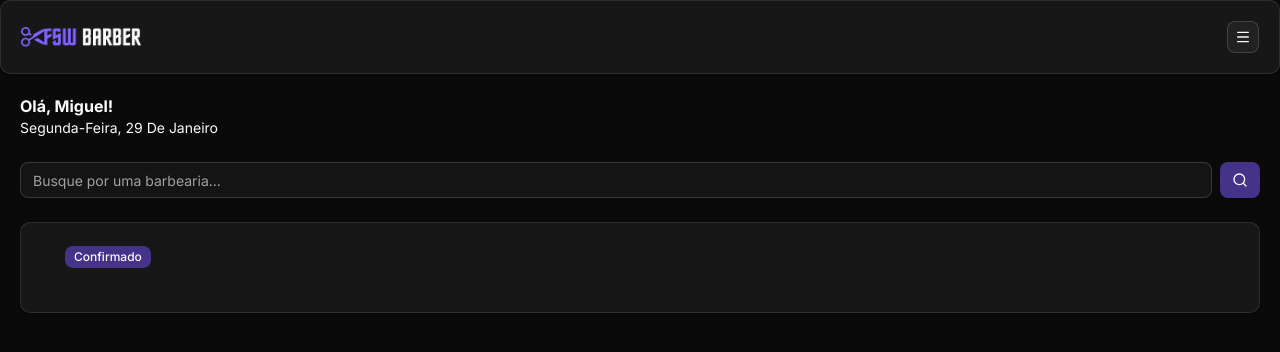
Repository: PaulinhoMachadooo/Barber
Page: /
An editor plug-in stored every save of this project. The page is shown before and after the next save, followed by the edit.
The browser window is 1280 px wide. The pictures show the whole page.
The project was rebuilt for these pictures with package versions that can differ from the ones it lists, and the page was loaded fresh each time. The framework's server and built-in components were replaced by stand-ins that run in the browser. Also part of the build but not shown: next.config.ts.

Above is the page before, as saved 2025-04-13 18:25:49.

### app/layout.tsx
import type { Metadata } from "next";
import { Inter } from "next/font/google";
import "./globals.css";


const inter = Inter({ subsets: ["latin"] });

export const metadata: Metadata = {
  title: "Create Next App",
  description: "Generated by create next app",
};

export default function RootLayout({
  children,
}: Readonly<{
  children: React.ReactNode;
}>) {
  return (
    <html lang="en">
      <body className={`${inter.className} dark`}>
        {children}

      </body>
    </html>
  );
}

### app/(home)/page.tsx
// eslint-disable-next-line @typescript-eslint/no-unused-vars
import Image from "next/image";
import Header from "../_components/header";
import { format } from "date-fns";
import { ptBR } from "date-fns/locale";
import Search from "./_components/search";
import BookingItem from "../_components/booking-item";


export default function Home() {
  return (
    <div>
      <Header />

        <div className="px-5 pt-5">
          <h2 className="tex-xl font-bold">Olá, Miguel!</h2>
          <p className="capitalize text-sm">
            {format(new Date(), "EEEE',' dd 'de' MMMM", {
                locale: ptBR,
            })}
          </p>
        </div>

        <div className="px-5 mt-6">
          <Search />
        </div>

        <div className="px-5 mt-6">
            <BookingItem />
        </div>
    </div>
  );
}

### app/globals.css
@import "tailwindcss";
@import "tw-animate-css";

@custom-variant dark (&:is(.dark *));

@theme inline {
  --color-background: var(--background);
  --color-foreground: var(--foreground);
  --font-sans: var(--font-geist-sans);
  --font-mono: var(--font-geist-mono);
  --color-sidebar-ring: var(--sidebar-ring);
  --color-sidebar-border: var(--sidebar-border);
  --color-sidebar-accent-foreground: var(--sidebar-accent-foreground);
  --color-sidebar-accent: var(--sidebar-accent);
  --color-sidebar-primary-foreground: var(--sidebar-primary-foreground);
  --color-sidebar-primary: var(--sidebar-primary);
  --color-sidebar-foreground: var(--sidebar-foreground);
  --color-sidebar: var(--sidebar);
  --color-chart-5: var(--chart-5);
  --color-chart-4: var(--chart-4);
  --color-chart-3: var(--chart-3);
  --color-chart-2: var(--chart-2);
  --color-chart-1: var(--chart-1);
  --color-ring: var(--ring);
  --color-input: var(--input);
  --color-border: var(--border);
  --color-destructive: var(--destructive);
  --color-accent-foreground: var(--accent-foreground);
  --color-accent: var(--accent);
  --color-muted-foreground: var(--muted-foreground);
  --color-muted: var(--muted);
  --color-secondary-foreground: var(--secondary-foreground);
  --color-secondary: var(--secondary);
  --color-primary-foreground: var(--primary-foreground);
  --color-primary: var(--primary);
  --color-popover-foreground: var(--popover-foreground);
  --color-popover: var(--popover);
  --color-card-foreground: var(--card-foreground);
  --color-card: var(--card);
  --radius-sm: calc(var(--radius) - 4px);
  --radius-md: calc(var(--radius) - 2px);
  --radius-lg: var(--radius);
  --radius-xl: calc(var(--radius) + 4px);
}

:root {
  --radius: 0.625rem;
  --background: oklch(1 0 0);
  --foreground: oklch(0.145 0 0);
  --card: oklch(1 0 0);
  --card-foreground: oklch(0.145 0 0);
  --popover: oklch(1 0 0);
  --popover-foreground: oklch(0.145 0 0);
  --primary: oklch(0.205 0 0);
  --primary-foreground: oklch(0.985 0 0);
  --secondary: oklch(0.97 0 0);
  --secondary-foreground: oklch(0.205 0 0);
  --muted: oklch(0.97 0 0);
  --muted-foreground: oklch(0.556 0 0);
  --accent: oklch(0.97 0 0);
  --accent-foreground: oklch(0.205 0 0);
  --destructive: oklch(0.577 0.245 27.325);
  --border: oklch(0.922 0 0);
  --input: oklch(0.922 0 0);
  --ring: oklch(0.708 0 0);
  --chart-1: oklch(0.646 0.222 41.116);
  --chart-2: oklch(0.6 0.118 184.704);
  --chart-3: oklch(0.398 0.07 227.392);
  --chart-4: oklch(0.828 0.189 84.429);
  --chart-5: oklch(0.769 0.188 70.08);
  --sidebar: oklch(0.985 0 0);
  --sidebar-foreground: oklch(0.145 0 0);
  --sidebar-primary: oklch(0.205 0 0);
  --sidebar-primary-foreground: oklch(0.985 0 0);
  --sidebar-accent: oklch(0.97 0 0);
  --sidebar-accent-foreground: oklch(0.205 0 0);
  --sidebar-border: oklch(0.922 0 0);
  --sidebar-ring: oklch(0.708 0 0);
}

.dark {
  --background: oklch(0.145 0 0);
  --foreground: oklch(0.985 0 0);
  --card: oklch(0.205 0 0);
  --card-foreground: oklch(0.985 0 0);
  --popover: oklch(0.205 0 0);
  --popover-foreground: oklch(0.985 0 0);
  --primary: oklch(0.39 0.1349 287.34);
  --primary-foreground: oklch(0.985 0 0);
  --secondary: oklch(0.269 0 0);
  --secondary-foreground: oklch(0.985 0 0);
  --muted: oklch(0.269 0 0);
  --muted-foreground: oklch(0.708 0 0);
  --accent: oklch(0.269 0 0);
  --accent-foreground: oklch(0.985 0 0);
  --destructive: oklch(0.704 0.191 22.216);
  --border: oklch(1 0 0 / 10%);
  --input: oklch(1 0 0 / 15%);
  --ring: oklch(0.556 0 0);
  --chart-1: oklch(0.488 0.243 264.376);
  --chart-2: oklch(0.696 0.17 162.48);
  --chart-3: oklch(0.769 0.188 70.08);
  --chart-4: oklch(0.627 0.265 303.9);
  --chart-5: oklch(0.645 0.246 16.439);
  --sidebar: oklch(0.205 0 0);
  --sidebar-foreground: oklch(0.985 0 0);
  --sidebar-primary: oklch(0.488 0.243 264.376);
  --sidebar-primary-foreground: oklch(0.985 0 0);
  --sidebar-accent: oklch(0.269 0 0);
  --sidebar-accent-foreground: oklch(0.985 0 0);
  --sidebar-border: oklch(1 0 0 / 10%);
  --sidebar-ring: oklch(0.556 0 0);
}

@layer base {
  * {
    @apply border-border outline-ring/50;
  }
  body {
    @apply bg-background text-foreground;
  }
}

### app/_components/header.tsx
import Image from "next/image";
import { Card, CardContent } from "./ui/card"
import { Button } from "@/app/_components/ui/button";
import { MenuIcon } from "lucide-react";

const Header = () => {
    return (
        <Card>
            <CardContent className="p-5 justify-between items-center flex flex-row" >
                 <Image src="/logo.png" alt="FSW Barber" height={18} width={120} />
                 <Button variant="outline" size="icon" className="h-8 w-8">
                    <MenuIcon size={16} />
                 </Button>
            </CardContent>
        </Card>
     );
}

export default Header;

### app/(home)/_components/search.tsx
"use client";

import { Button } from "@/app/_components/ui/button";
import { Input } from "@/app/_components/ui/input";
import { SearchIcon } from "lucide-react";

const Search = () => {
    return (
        <div className="flex items-center gap-2">
           <Input placeholder="Busque por uma barbearia..."/>
           <Button variant="default" >
                <SearchIcon size={20} />
           </Button>
        </div>
     );
};

export default Search;

### app/_components/booking-item.tsx
import { Badge } from "./ui/badge";
import { Card, CardContent } from "./ui/card";


const  BookingItem = () => {
    return (
        <Card>
            <CardContent>
                <div className="p-5">
                    <Badge>Confirmado</Badge>
                </div>
            </CardContent>
        </Card>

     );
}




export default BookingItem;

### app/_components/ui/card.tsx
import * as React from "react"

import { cn } from "@/app/_lib/utils"

const Card = React.forwardRef<
  HTMLDivElement,
  React.HTMLAttributes<HTMLDivElement>
>(({ className, ...props }, ref) => (
  <div
    ref={ref}
    className={cn(
      "rounded-lg border bg-card text-card-foreground shadow-sm",
      className
    )}
    {...props}
  />
))
Card.displayName = "Card"

const CardHeader = React.forwardRef<
  HTMLDivElement,
  React.HTMLAttributes<HTMLDivElement>
>(({ className, ...props }, ref) => (
  <div
    ref={ref}
    className={cn("flex flex-col space-y-1.5 p-6", className)}
    {...props}
  />
))
CardHeader.displayName = "CardHeader"

const CardTitle = React.forwardRef<
  HTMLParagraphElement,
  React.HTMLAttributes<HTMLHeadingElement>
>(({ className, ...props }, ref) => (
  <h3
    ref={ref}
    className={cn(
      "text-2xl font-semibold leading-none tracking-tight",
      className
    )}
    {...props}
  />
))
CardTitle.displayName = "CardTitle"

const CardDescription = React.forwardRef<
  HTMLParagraphElement,
  React.HTMLAttributes<HTMLParagraphElement>
>(({ className, ...props }, ref) => (
  <p
    ref={ref}
    className={cn("text-sm text-muted-foreground", className)}
    {...props}
  />
))
CardDescription.displayName = "CardDescription"

const CardContent = React.forwardRef<
  HTMLDivElement,
  React.HTMLAttributes<HTMLDivElement>
>(({ className, ...props }, ref) => (
  <div ref={ref} className={cn("p-6 pt-0", className)} {...props} />
))
CardContent.displayName = "CardContent"

const CardFooter = React.forwardRef<
  HTMLDivElement,
  React.HTMLAttributes<HTMLDivElement>
>(({ className, ...props }, ref) => (
  <div
    ref={ref}
    className={cn("flex items-center p-6 pt-0", className)}
    {...props}
  />
))
CardFooter.displayName = "CardFooter"

export { Card, CardHeader, CardFooter, CardTitle, CardDescription, CardContent }

### app/_components/ui/button.tsx
import * as React from "react"
import { Slot } from "@radix-ui/react-slot"
import { cva, type VariantProps } from "class-variance-authority"

import { cn } from "@/app/_lib/utils"

const buttonVariants = cva(
  "inline-flex items-center justify-center gap-2 whitespace-nowrap rounded-md text-sm font-medium transition-all disabled:pointer-events-none disabled:opacity-50 [&_svg]:pointer-events-none [&_svg:not([class*='size-'])]:size-4 shrink-0 [&_svg]:shrink-0 outline-none focus-visible:border-ring focus-visible:ring-ring/50 focus-visible:ring-[3px] aria-invalid:ring-destructive/20 dark:aria-invalid:ring-destructive/40 aria-invalid:border-destructive",
  {
    variants: {
      variant: {
        default:
          "bg-primary text-primary-foreground shadow-xs hover:bg-primary/90",
        destructive:
          "bg-destructive text-white shadow-xs hover:bg-destructive/90 focus-visible:ring-destructive/20 dark:focus-visible:ring-destructive/40 dark:bg-destructive/60",
        outline:
          "border bg-background shadow-xs hover:bg-accent hover:text-accent-foreground dark:bg-input/30 dark:border-input dark:hover:bg-input/50",
        secondary:
          "bg-secondary text-secondary-foreground shadow-xs hover:bg-secondary/80",
        ghost:
          "hover:bg-accent hover:text-accent-foreground dark:hover:bg-accent/50",
        link: "text-primary underline-offset-4 hover:underline",
      },
      size: {
        default: "h-9 px-4 py-2 has-[>svg]:px-3",
        sm: "h-8 rounded-md gap-1.5 px-3 has-[>svg]:px-2.5",
        lg: "h-10 rounded-md px-6 has-[>svg]:px-4",
        icon: "size-9",
      },
    },
    defaultVariants: {
      variant: "default",
      size: "default",
    },
  }
)

function Button({
  className,
  variant,
  size,
  asChild = false,
  ...props
}: React.ComponentProps<"button"> &
  VariantProps<typeof buttonVariants> & {
    asChild?: boolean
  }) {
  const Comp = asChild ? Slot : "button"

  return (
    <Comp
      data-slot="button"
      className={cn(buttonVariants({ variant, size, className }))}
      {...props}
    />
  )
}

export { Button, buttonVariants }

### app/_components/ui/input.tsx
import * as React from "react"

import { cn } from "@/app/_lib/utils"

function Input({ className, type, ...props }: React.ComponentProps<"input">) {
  return (
    <input
      type={type}
      data-slot="input"
      className={cn(
        "file:text-foreground placeholder:text-muted-foreground selection:bg-primary selection:text-primary-foreground dark:bg-input/30 border-input flex h-9 w-full min-w-0 rounded-md border bg-transparent px-3 py-1 text-base shadow-xs transition-[color,box-shadow] outline-none file:inline-flex file:h-7 file:border-0 file:bg-transparent file:text-sm file:font-medium disabled:pointer-events-none disabled:cursor-not-allowed disabled:opacity-50 md:text-sm",
        "focus-visible:border-ring focus-visible:ring-ring/50 focus-visible:ring-[3px]",
        "aria-invalid:ring-destructive/20 dark:aria-invalid:ring-destructive/40 aria-invalid:border-destructive",
        className
      )}
      {...props}
    />
  )
}

export { Input }

### app/_components/ui/badge.tsx
import * as React from "react"
import { Slot } from "@radix-ui/react-slot"
import { cva, type VariantProps } from "class-variance-authority"

import { cn } from "@/app/_lib/utils"

const badgeVariants = cva(
  "inline-flex items-center justify-center rounded-md border px-2 py-0.5 text-xs font-medium w-fit whitespace-nowrap shrink-0 [&>svg]:size-3 gap-1 [&>svg]:pointer-events-none focus-visible:border-ring focus-visible:ring-ring/50 focus-visible:ring-[3px] aria-invalid:ring-destructive/20 dark:aria-invalid:ring-destructive/40 aria-invalid:border-destructive transition-[color,box-shadow] overflow-hidden",
  {
    variants: {
      variant: {
        default:
          "border-transparent bg-primary text-primary-foreground [a&]:hover:bg-primary/90",
        secondary:
          "border-transparent bg-secondary text-secondary-foreground [a&]:hover:bg-secondary/90",
        destructive:
          "border-transparent bg-destructive text-white [a&]:hover:bg-destructive/90 focus-visible:ring-destructive/20 dark:focus-visible:ring-destructive/40 dark:bg-destructive/60",
        outline:
          "text-foreground [a&]:hover:bg-accent [a&]:hover:text-accent-foreground",
      },
    },
    defaultVariants: {
      variant: "default",
    },
  }
)

function Badge({
  className,
  variant,
  asChild = false,
  ...props
}: React.ComponentProps<"span"> &
  VariantProps<typeof badgeVariants> & { asChild?: boolean }) {
  const Comp = asChild ? Slot : "span"

  return (
    <Comp
      data-slot="badge"
      className={cn(badgeVariants({ variant }), className)}
      {...props}
    />
  )
}

export { Badge, badgeVariants }

Loaded but not shown: app/_lib/utils.ts (common file)

After the next save:
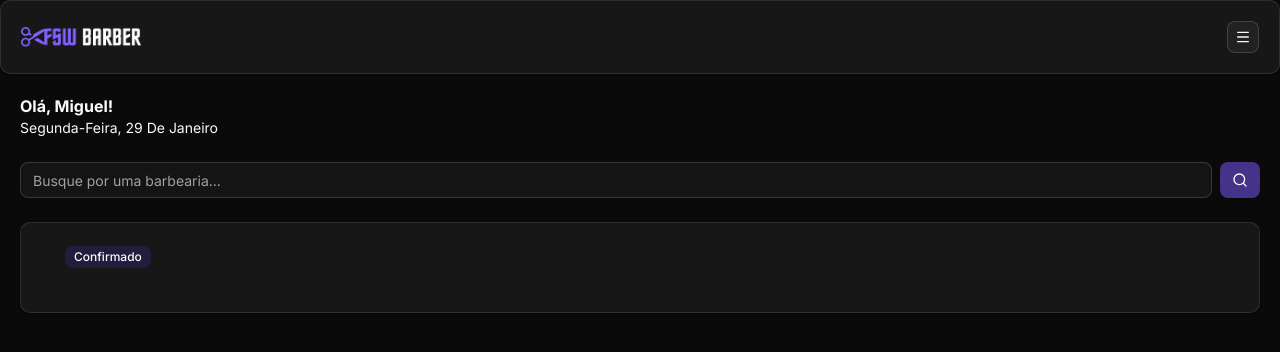
Saved 93 s later.
--- a/app/_components/booking-item.tsx
+++ b/app/_components/booking-item.tsx
@@ -7,7 +7,7 @@ const  BookingItem = () => {
         <Card>
             <CardContent>
                 <div className="p-5">
-                    <Badge>Confirmado</Badge>
+                    <Badge className="bg-[#221C3D]">Confirmado</Badge>
                 </div>
             </CardContent>
         </Card>
